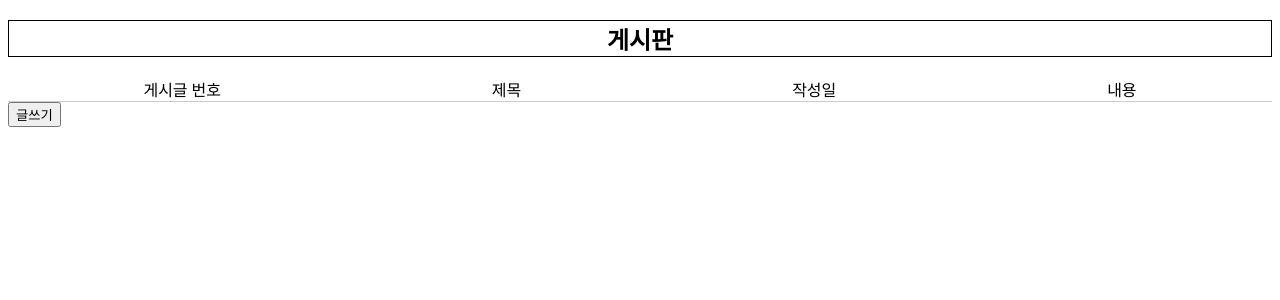
Repository: thdtjdgml415/exVoc
Page: /
An editor plug-in stored every save of this project. The page is shown before and after the next save, followed by the edit.
The browser window is 1280 px wide. The pictures show the whole page.
The project was rebuilt for these pictures with package versions that can differ from the ones it lists, and the page was loaded fresh each time.

Above is the page before, as saved 2023-01-12 11:03:27.

### src/index.js
import React from 'react';
import ReactDOM from 'react-dom/client';
import App from './App';
import "./assets/notice.css"


const root = ReactDOM.createRoot(document.getElementById('root'));
root.render(
  <React.StrictMode>
    <App />
  </React.StrictMode>
);

### src/App.js
import React from 'react'

function App() {
  return (
    <>
      <h2 align="center">게시판</h2>

      <div className="post-view-wrapper">
            <div className='post-wrap'>
              <div className="post-view-row">
                <label>게시글 번호</label>
              </div>
              <div className="post-view-row">
                <label>제목</label>
              </div>
              <div className="post-view-row">
                <label>작성일</label>
              </div>
              <div className="post-view-row">
                <label>내용</label>
              </div>
            </div>
        <button className="post-view-go-list-btn">글쓰기</button>
      </div>
    </>
  )
}

export default App

### src/assets/notice.css
h2 {
    border: 1px solid #000;
}

.post-wrap {
    display: flex;
    justify-content: space-around;
    border-bottom: 1px solid #ccc;
}

Loaded but not shown: public/index.html (common file)

After the next save:
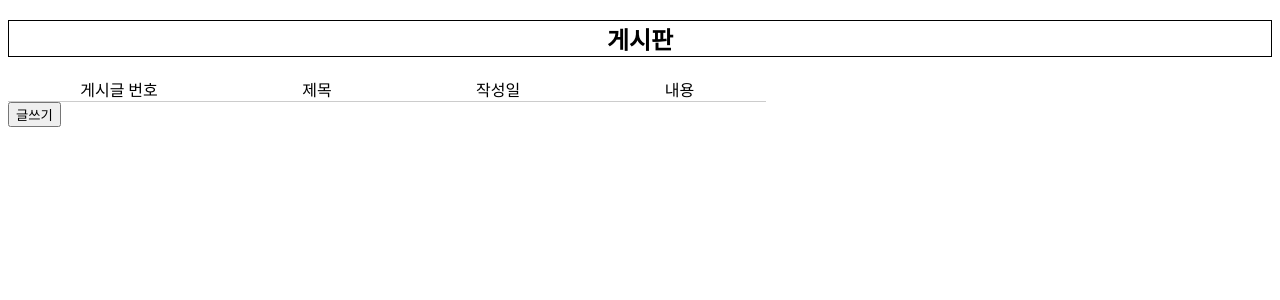
Saved 3 min 39 s later.
--- a/src/assets/notice.css
+++ b/src/assets/notice.css
@@ -6,4 +6,5 @@ h2 {
     display: flex;
     justify-content: space-around;
     border-bottom: 1px solid #ccc;
+    width: 60%;
 }
